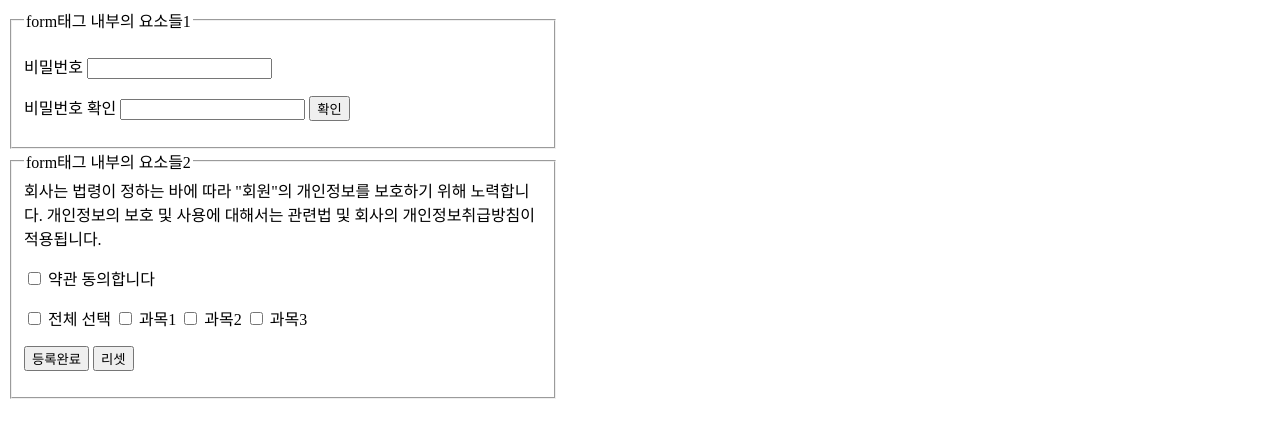
Repository: reddrinkbro/JSPStudy
Page: javascript/WebContent/4객체/dom_ob6.html
An editor plug-in stored every save of this project. The page is shown before and after the next save, followed by the edit.
The browser window is 1280 px wide. The pictures show the whole page.

Above is the page before, as saved 2020-04-10 03:51:27.

After the next save:
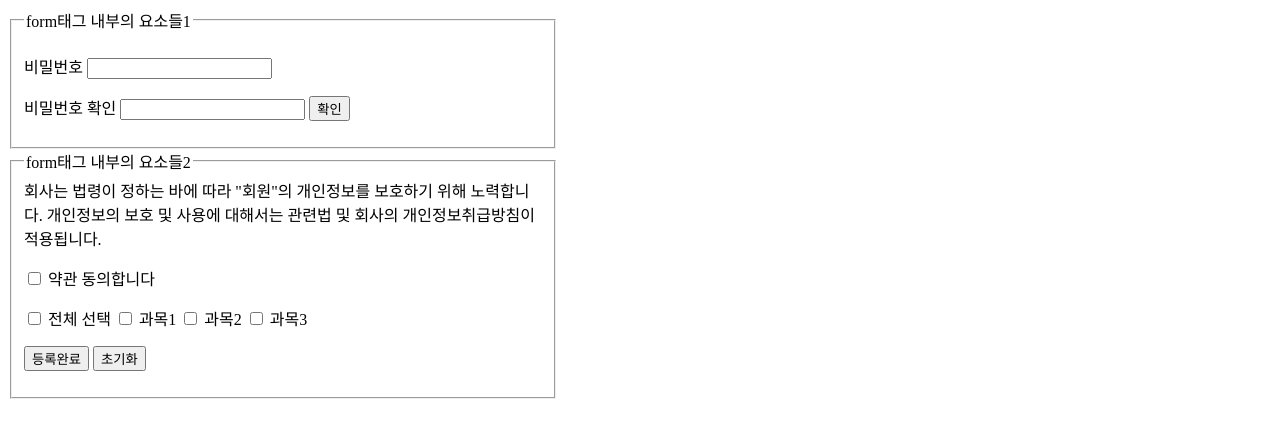
Saved 44 s later.
--- a/javascript/WebContent/4객체/dom_ob6.html
+++ b/javascript/WebContent/4객체/dom_ob6.html
@@ -19,7 +19,7 @@
 				<input type ="text" id ="user_pw1" name ="user_pw1"/>
 			</p>
 			<p>
-				<lable>비밀번호 확인</lable>
+				<label>비밀번호 확인</label>
 				<input type ="text" id = "user_pw2" name ="user_pw2"/>
 				<input type="submit" value = "확인"/>
 			</p>
@@ -49,7 +49,7 @@
 				<label>과목3</label>
 			<p>
 				<input type="submit" value = "등록완료">
-				<input type="reset" value = "리셋">
+				<input type="reset" value = "초기화">
 			</p>
 		</fieldset>
 	</form>
